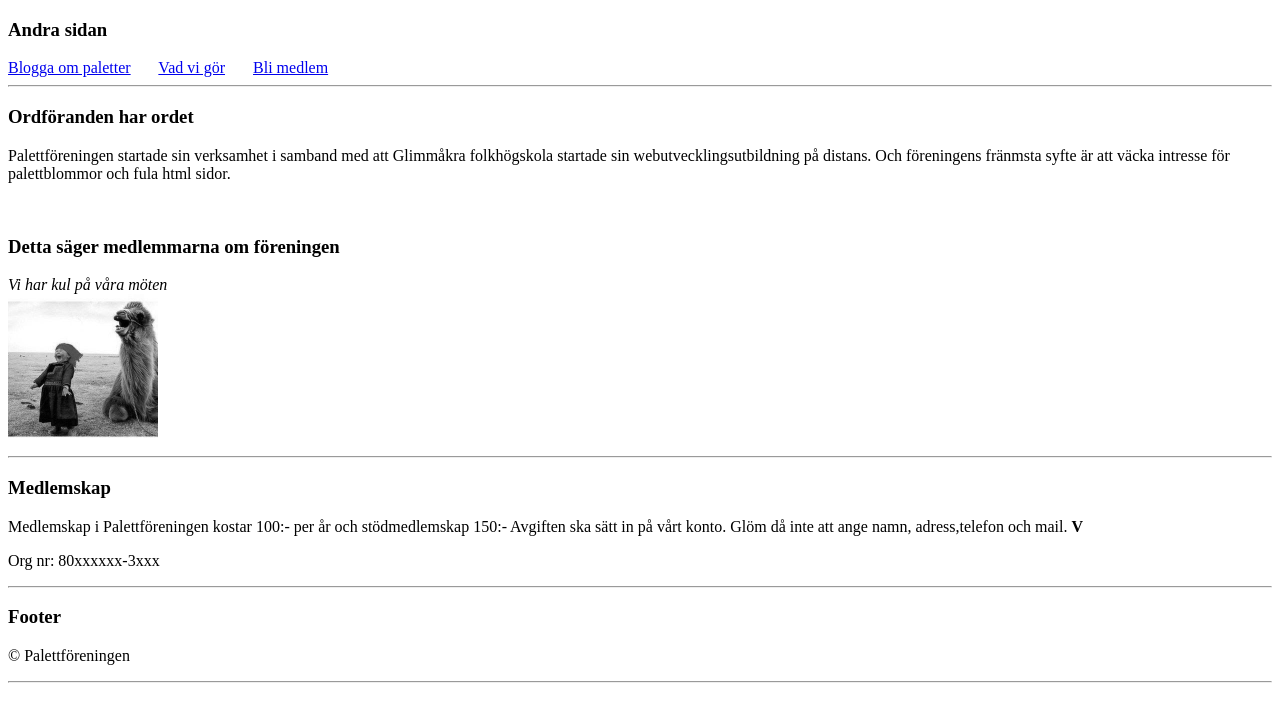
Repository: Webutveckling-20-21/Uppgift-1
Page: verksamheten.html
An editor plug-in stored every save of this project. The page is shown before and after the next save, followed by the edit.
The browser window is 1280 px wide. The pictures show the whole page.

Above is the page before, as saved 2021-09-07 12:15:30.

After the next save:
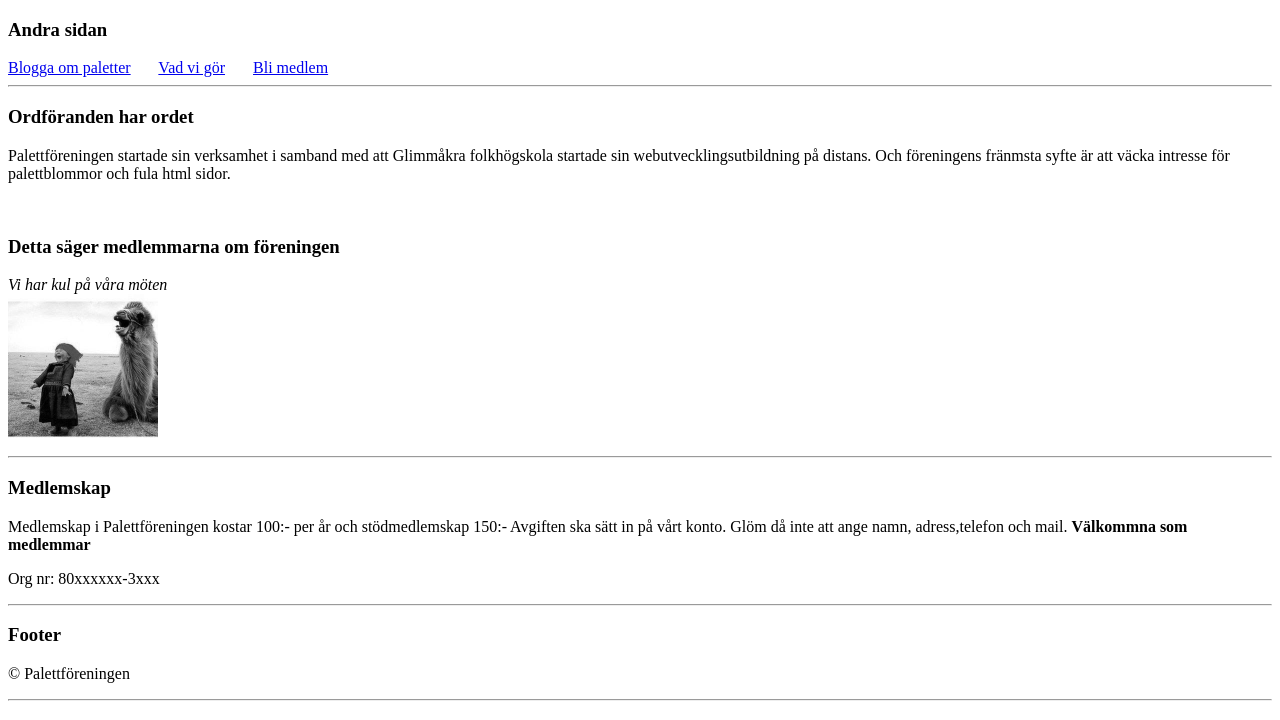
Saved 8 s later.
--- a/verksamheten.html
+++ b/verksamheten.html
@@ -53,7 +53,7 @@
         <h3>Medlemskap</h3>
         <p>Medlemskap i Palettföreningen kostar 100:- per år och stödmedlemskap 150:-
             Avgiften ska sätt in på vårt konto. Glöm då inte att ange namn, adress,telefon och mail.
-            <b>V</b>
+            <b>Välkommna som medlemmar</b>
         </p>
 
 
